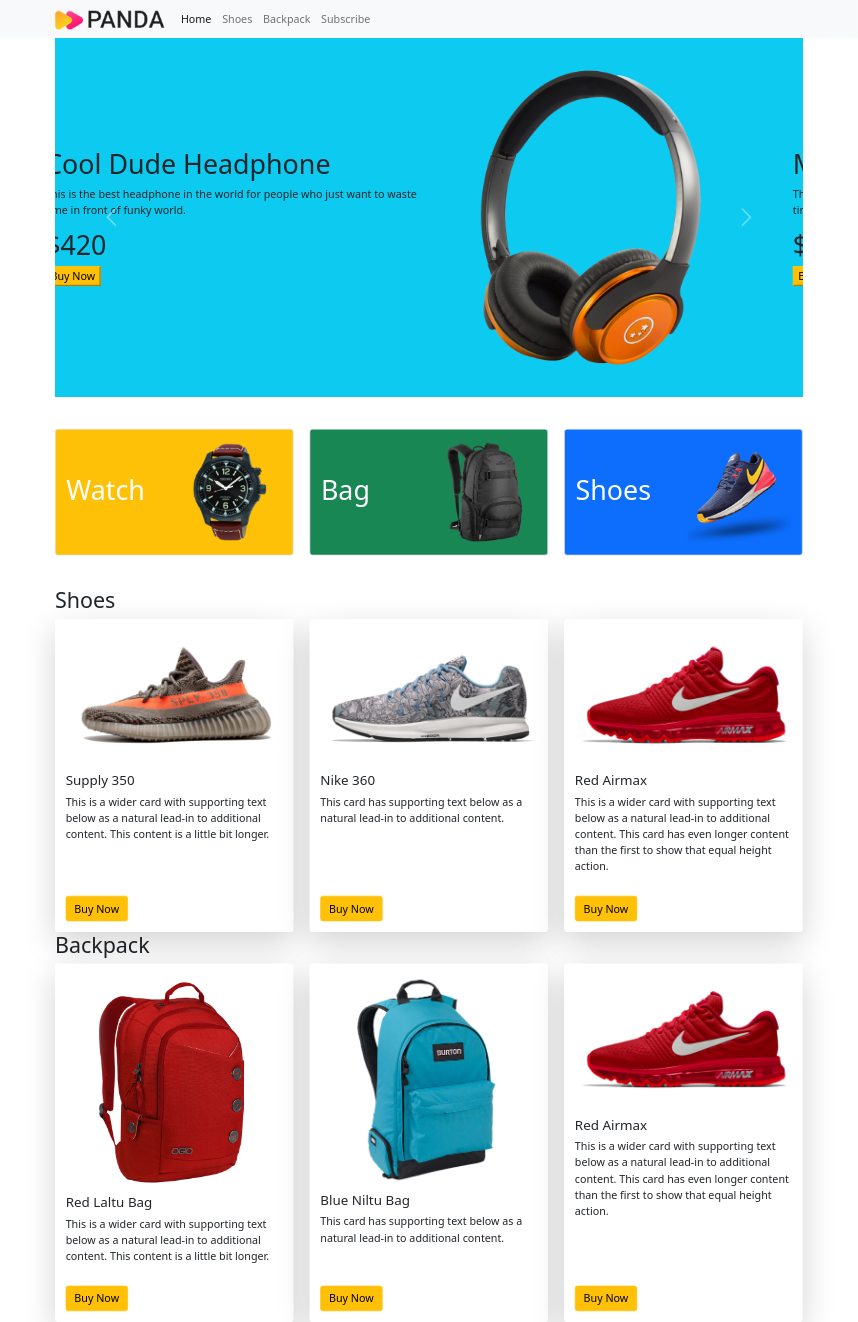
Repository: mdmohiddin/panda-commerce-rp
Page: index.html
An editor plug-in stored every save of this project. The page is shown before and after the next save, followed by the edit.
The browser window is 1280 px wide. The pictures show the whole page, at 67% of full size.

Above is the page before, as saved 2021-07-28 19:20:24.

### index.html
<!DOCTYPE html>
<html lang="en">
<head>
    <meta charset="UTF-8">
    <meta http-equiv="X-UA-Compatible" content="IE=edge">
    <meta name="viewport" content="width=device-width, initial-scale=1.0">
    <title>panda-commerce</title>
    <!-- Bootstrap Stylesheet -->
    <link href="https://cdn.jsdelivr.net/npm/bootstrap@5.0.2/dist/css/bootstrap.min.css" rel="stylesheet" integrity="sha384-EVSTQN3/azprG1Anm3QDgpJLIm9Nao0Yz1ztcQTwFspd3yD65VohhpuuCOmLASjC" crossorigin="anonymous">

</head>
<body>
    <!-- header star -->
    <header>
        <nav class="navbar navbar-expand-lg navbar-light bg-light">
            <div class="container">
              <a class="navbar-brand" href="#">
                <img src="images/logo.png" alt="">
              </a>
              <button class="navbar-toggler" type="button" data-bs-toggle="collapse" data-bs-target="#navbarSupportedContent" aria-controls="navbarSupportedContent" aria-expanded="false" aria-label="Toggle navigation">
                <span class="navbar-toggler-icon"></span>
              </button>
              <div class="collapse navbar-collapse" id="navbarSupportedContent">

                <ul class="navbar-nav me-auto mb-2 mb-lg-0">

                    <li class="nav-item">
                    <a class="nav-link active" aria-current="page" href="#">Home</a>
                  </li>

                  <li class="nav-item">
                    <a class="nav-link" href="#">Shoes</a>
                  </li>

                  <li class="nav-item">
                    <a class="nav-link" href="#">Backpack</a>
                  </li>

                  <li class="nav-item">
                    <a class="nav-link" href="#">Subscribe</a>
                  </li>

                </ul>
              </div>
            </div>
          </nav>

          <!-- image slider -->
          <section class="container">
            <div id="carouselExampleControls" class="carousel slide" data-bs-ride="carousel">

                <div class="carousel-inner">

                    <div class="carousel-item active">

                        <div class="row bg-info p-5 d-flex align-items-center">
                            <div class="col-lg-7">
                                <h1>Cool Dude Headphone</h1>
                                <p>This is the best headphone in the world for people who just want to waste time in front of funky world.</p>
                                <h1>$420</h1>
                                <button class="btn-warning">Buy Now</button>
                            </div>
                            <div class="col-lg-5">
                                <img src="images/banner-images/headphone.png" class="d-block w-100" alt="...">
                            </div>
                        </div>
                  </div>

                  <div class="carousel-item">
                    <div class="row bg-info p-5 d-flex align-items-center">
                        <div class="col-lg-7">
                            <h1>Mega LCD TV For Sports</h1>
                            <p>This is the best headphone in the world for people who just want to waste time in front of funky world.</p>
                            <h1>$420</h1>
                            <button class="btn-warning">Buy Now</button>
                        </div>
                        <div class="col-lg-5">
                            <img src="images/banner-images/tv.png" class="d-block w-100" alt="...">
                        </div>
                    </div>
                  </div>

                  <div class="carousel-item">
                    <div class="row bg-info p-5 d-flex align-items-center">
                        <div class="col-lg-7">
                            <h1>X-Box for your living room</h1>
                            <p>This is the best headphone in the world for people who just want to waste time in front of funky world.</p>
                            <h1>$600</h1>
                            <button class="btn-warning">Buy Now</button>
                        </div>
                        <div class="col-lg-5">
                            <img src="images/banner-images/xbox.png" class="d-block w-100" alt="...">
                        </div>
                    </div>
                  </div>
                </div>
                <button class="carousel-control-prev" type="button" data-bs-target="#carouselExampleControls" data-bs-slide="prev">
                  <span class="carousel-control-prev-icon" aria-hidden="true"></span>
                  <span class="visually-hidden">Previous</span>
                </button>
                <button class="carousel-control-next" type="button" data-bs-target="#carouselExampleControls" data-bs-slide="next">
                  <span class="carousel-control-next-icon" aria-hidden="true"></span>
                  <span class="visually-hidden">Next</span>
                </button>
              </div>
          </section>
    </header>
    <!-- header end -->

    <main>
        <!-- catergories -->
        <section class="container my-5">
                <div class="row g-4">

                  <div class="col-lg-4 col-md-6 col-12">
                    <div class="p-3 border bg-warning d-flex align-items-center d-flex justify-content-between rounded-3">
                        <h1 class="text-white">Watch</h1>
                        <img src="images/categories/watch.png" alt="">
                    </div>
                  </div>

                  <div class="col-lg-4 col-md-6 col-12">
                    <div class="p-3 border bg-success d-flex align-items-center d-flex justify-content-between rounded-3">
                        <h1 class="text-white">Bag</h1>
                        <img src="images/categories/bag.png" alt="">
                    </div>
                  </div>

                  <div class="col-lg-4 col-md-6 col-12">
                    <div class="p-3 border bg-primary d-flex align-items-center d-flex justify-content-between rounded-3">
                        <h1 class="text-white">Shoes</h1>
                        <img src="images/categories/shoes.png" alt="">
                    </div>
                  </div>
                </div>
        </section>

        <!-- Shoes -->
        <section class="container">
            <h2>Shoes</h2>
            <div class="row row-cols-1 row-cols-md-2 row-cols-lg-3 g-4">

                <div class="col">
                  <div class="card h-100 border-0 shadow-lg">
                    <img src="images/shoes/shoe-1.png" class="card-img-top" alt="...">
                    <div class="card-body">
                      <h5 class="card-title">Supply 350</h5>
                      <p class="card-text">This is a wider card with supporting text below as a natural lead-in to additional content. This content is a little bit longer.</p>
                    </div>
                    <div class="m-3">
                     <button class="btn btn-warning">Buy Now</button>
                    </div>
                  </div>
                </div>

                <div class="col">
                  <div class="card h-100 border-0 shadow-lg">
                    <img src="images/shoes/shoe-2.png" class="card-img-top" alt="...">
                    <div class="card-body">
                      <h5 class="card-title">Nike 360</h5>
                      <p class="card-text">This card has supporting text below as a natural lead-in to additional content.</p>
                    </div>
                    <div class="m-3">
                      <button class="btn btn-warning">Buy Now</button>
                    </div>
                  </div>
                </div>

                <div class="col">
                  <div class="card h-100 border-0 shadow-lg">
                    <img src="images/shoes/shoe-3.png" class="card-img-top" alt="...">
                    <div class="card-body">
                      <h5 class="card-title">Red Airmax</h5>
                      <p class="card-text">This is a wider card with supporting text below as a natural lead-in to additional content. This card has even longer content than the first to show that equal height action.</p>
                    </div>
                    <div class="m-3">
                     <button class="btn btn-warning">Buy Now</button>
                    </div>
                  </div>
                </div>
              </div>
        </section>

        <!-- Backpack -->
        <section class="container">
            <h2>Backpack</h2>
            <div class="row row-cols-1 row-cols-md-2 row-cols-lg-3 g-4">

                <div class="col">
                  <div class="card h-100 border-0 shadow-lg">
                    <img src="images/bags/bag-1.png" class="card-img-top" alt="...">
                    <div class="card-body">
                      <h5 class="card-title">Red Laltu Bag</h5>
                      <p class="card-text">This is a wider card with supporting text below as a natural lead-in to additional content. This content is a little bit longer.</p>
                    </div>
                    <div class="m-3">
                     <button class="btn btn-warning">Buy Now</button>
                    </div>
                  </div>
                </div>

                <div class="col">
                  <div class="card h-100 border-0 shadow-lg">
                    <img src="images/bags/bag-2.png" class="card-img-top" alt="...">
                    <div class="card-body">
                      <h5 class="card-title">Blue Niltu Bag</h5>
                      <p class="card-text">This card has supporting text below as a natural lead-in to additional content.</p>
                    </div>
                    <div class="m-3">
                      <button class="btn btn-warning">Buy Now</button>
                    </div>
                  </div>
                </div>

                <div class="col">
                  <div class="card h-100 border-0 shadow-lg">
                    <img src="images/shoes/shoe-3.png" class="card-img-top" alt="...">
                    <div class="card-body">
                      <h5 class="card-title">Red Airmax</h5>
                      <p class="card-text">This is a wider card with supporting text below as a natural lead-in to additional content. This card has even longer content than the first to show that equal height action.</p>
                    </div>
                    <div class="m-3">
                     <button class="btn btn-warning">Buy Now</button>
                    </div>
                  </div>
                </div>
              </div>
        </section>
    </main>
    <footer>

    </footer>

    <!-- Bootstrap JS -->
    <script src="https://cdn.jsdelivr.net/npm/bootstrap@5.0.2/dist/js/bootstrap.bundle.min.js" integrity="sha384-MrcW6ZMFYlzcLA8Nl+NtUVF0sA7MsXsP1UyJoMp4YLEuNSfAP+JcXn/tWtIaxVXM" crossorigin="anonymous"></script>
</body>
</html>

After the next save:
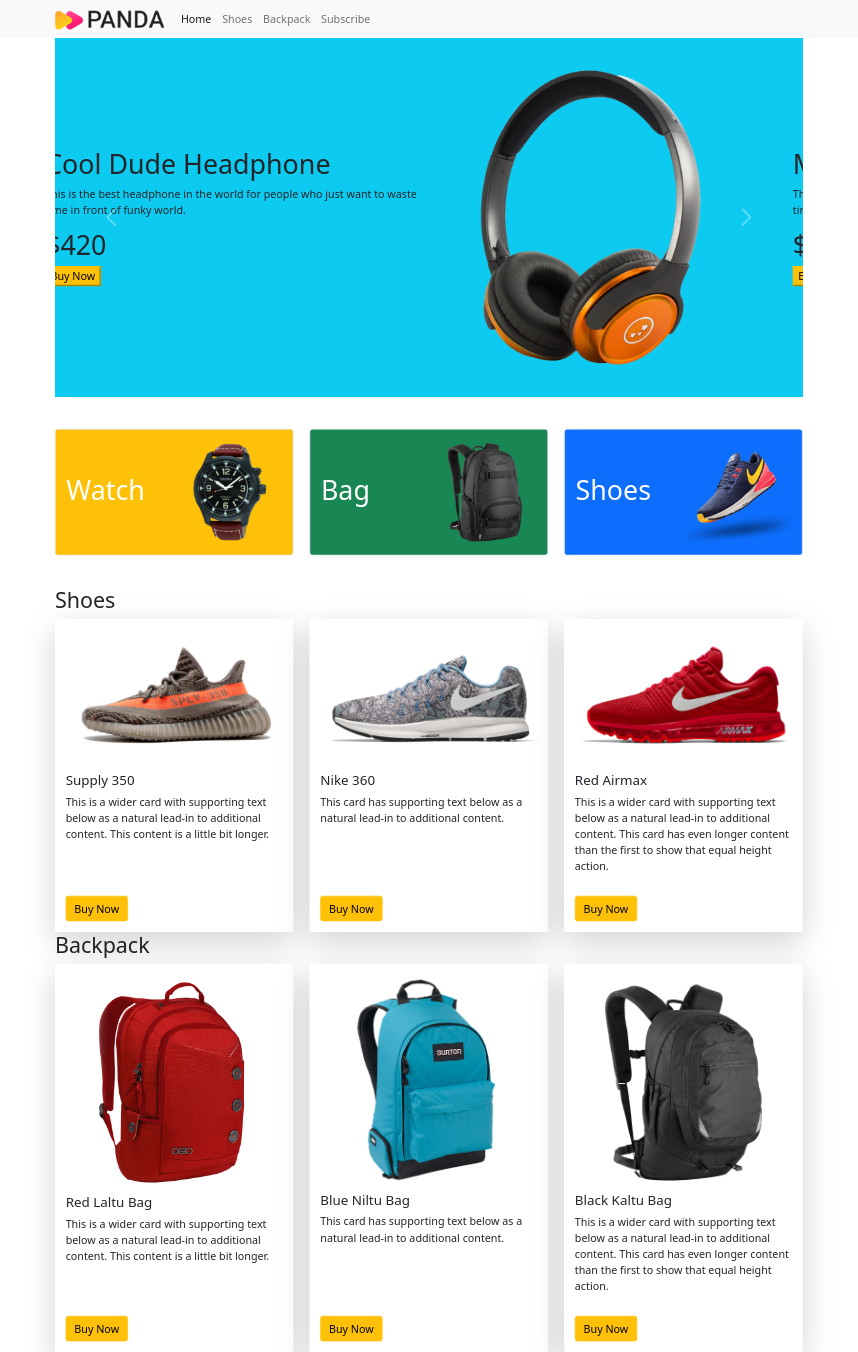
Saved 37 s later.
--- a/index.html
+++ b/index.html
@@ -214,9 +214,9 @@
 
                 <div class="col">
                   <div class="card h-100 border-0 shadow-lg">
-                    <img src="images/shoes/shoe-3.png" class="card-img-top" alt="...">
-                    <div class="card-body">
-                      <h5 class="card-title">Red Airmax</h5>
+                    <img src="images/bags/bag-3.png" class="card-img-top" alt="...">
+                    <div class="card-body">
+                      <h5 class="card-title">Black Kaltu Bag</h5>
                       <p class="card-text">This is a wider card with supporting text below as a natural lead-in to additional content. This card has even longer content than the first to show that equal height action.</p>
                     </div>
                     <div class="m-3">
